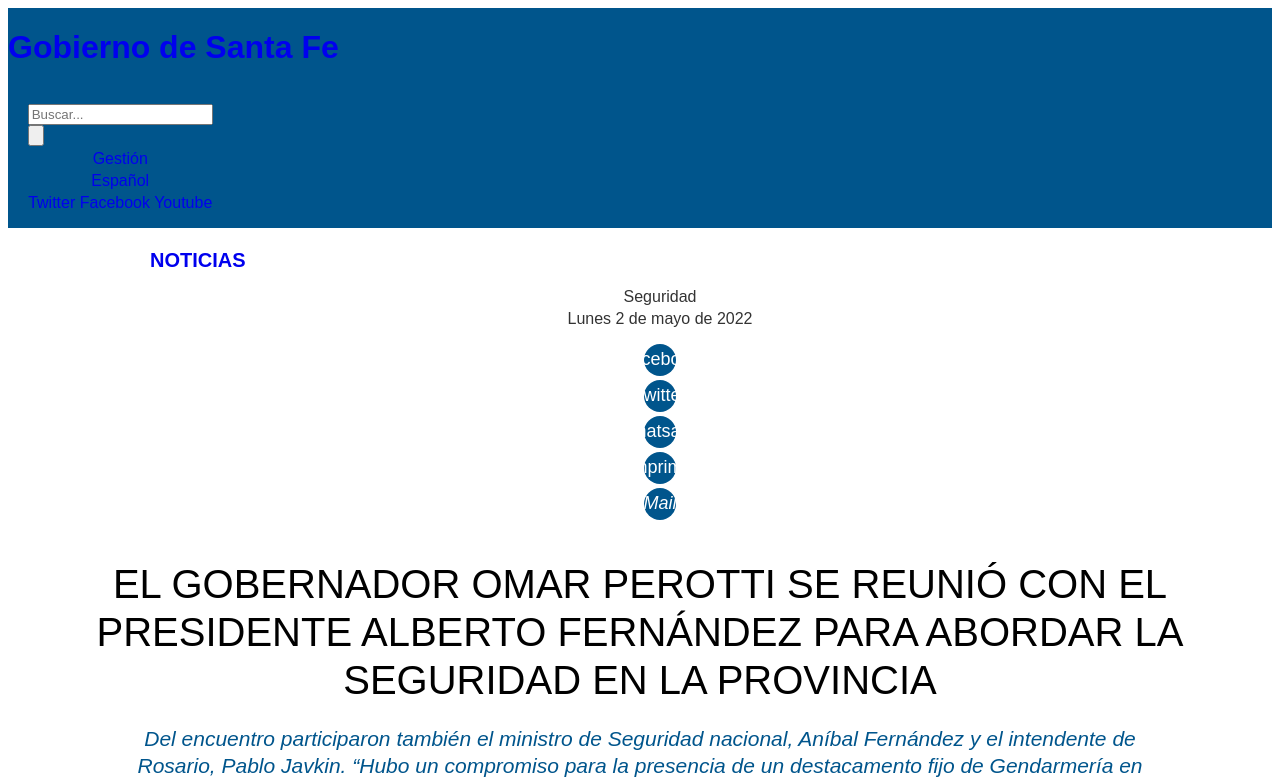
Repository: Larrowo/LPPA
Page: Clase 4/index.html
The author's editor kept a copy of each file at every save. The page is drawn from the files as they stood at one save, then again after the next save.
The browser window is 1280 px wide. The pictures show the part of the page from y = 0 to 784 px (the page is 2899 px tall before and 2875 px after).
A picture or video elsewhere on the page could not be fetched, so the positions and the page height are approximate.

Above is the page before, as saved 2022-05-03 13:33:18.

### Clase 4/index.html
<!DOCTYPE html>
<html lang="en">
<head>
    <meta charset="UTF-8">
    <meta http-equiv="X-UA-Compatible" content="IE=edge">
    <meta name="viewport" content="width=device-width, initial-scale=1.0">
    <title>Document</title>
    <link rel="stylesheet" href="/style.css">
</head>
<body>
    <script>
        function alerta(){
            alert("No sirve este botón :(");
        }
    </script>
    <header id="site-header" class="">
        <div class="container">
            <h1 class="logo logo--sf-header"><a href="https://www.santafe.gob.ar/">Gobierno de Santa Fe</a></h1>
            <a href="#" class="btn-hamburger"><span></span></a>
            <nav class="nav-header">
                <ul class="menu-header">
                     <li class="search-header">
                        <a href="#" class="open-search"><i class="icon-search"></i></a>
                        <form action="/searchgoogle" class="search-form">
                              <input id="q" type="text" placeholder="Buscar..." class="input-search" name="q">
                              <input type="submit" class="submit-search" value="">
                        </form>
                    </li>
                    <!--/search-header-->
                    <li class="gestion dropdown">
                        <a href="#" class="btn-dropdown"><i class="icon-menu"></i><span>Gestión</span></a>
                        <div class="dropdown-menu">
                            <ul>
                                                    <li><a href="http://www.santafe.gob.ar/index.php/web/content/view/full/93661" target="_blank">La provincia</a></li>
                                                    <li><a href="http://www.santafe.gob.ar/index.php/web/content/view/full/93670" target="_blank">Organización del Estado</a></li>
                                                    <li><a href="http://www.santafe.gob.ar/index.php/web/content/view/full/93695" target="_blank">Personal del Estado</a></li>
                                                    <li><a href="http://www.santafe.gob.ar/index.php/web/content/view/full/121711" target="_blank">Educación</a></li>
                                                    <li><a href="http://www.santafe.gob.ar/index.php/web/content/view/full/93702" target="_blank">Cultura</a></li>
                                                    <li><a href="http://www.santafe.gob.ar/index.php/web/content/view/full/93747" target="_blank">Desarrollo Social</a></li>
                                                    <li><a href="http://www.santafe.gob.ar/index.php/web/content/view/full/93760" target="_blank">Trabajo</a></li>
                                                    <li><a href="http://www.santafe.gob.ar/index.php/web/content/view/full/93779" target="_blank">Economía</a></li>
                                                    <li><a href="http://www.santafe.gob.ar/index.php/web/content/view/full/93790" target="_blank">Producción, Ciencia y Tecnología</a></li>
                                                    <li><a href="http://www.santafe.gob.ar/index.php/web/content/view/full/93796" target="_blank">Salud</a></li>
                                                    <li><a href="http://www.santafe.gob.ar/index.php/web/content/view/full/93805" target="_blank">Gobierno, Justicia y Derechos Humanos</a></li>
                                                    <li><a href="http://www.santafe.gob.ar/index.php/web/content/view/full/93815" target="_blank">Seguridad</a></li>
                                                    <li><a href="http://www.santafe.gob.ar/index.php/web/content/view/full/93822" target="_blank">Infraestructura, Servicios Públicos y Hábitat</a></li>
                                                    <li><a href="http://www.santafe.gob.ar/index.php/web/content/view/full/102676" target="_blank">Ambiente y Cambio Climático</a></li>
                                                    <li><a href="http://www.santafe.gob.ar/index.php/web/content/view/full/102282" target="_blank">Impuestos</a></li>
                                                    <li><a href="http://www.santafe.gob.ar/index.php/web/content/view/full/102677" target="_blank">Jubilaciones y Pensiones</a></li>
                                                    <li><a href="http://www.santafe.gob.ar/index.php/web/content/view/full/234992" target="_blank">Pensiones Ley 5110</a></li>
                                                    <li><a href="http://www.santafe.gob.ar/index.php/web/content/view/full/211141" target="_blank">Gestión Pública</a></li>
                                                    <li><a href="http://www.santafe.gob.ar/index.php/web/content/view/full/235832" target="_blank">Igualdad, Género y Diversidad</a></li>
                                                    <li><a href="http://www.santafe.gob.ar/index.php/web/content/view/full/243158" target="_blank">Catastro</a></li>

                            </ul>
                        </div>
                    </li>
                    <!--/gestion-->

                    <li class="idioma dropdown">
                        <a href="#" class="btn-dropdown">Español</a>
                        <div class="dropdown-menu">
                        <ul>
                            <li><a href="/noticias/">Español</a></li>
                            <li><a href="/noticias/pt/">Portugues</a></li>
                            <li><a href="/noticias/en/">English</a></li>
                        </ul>
                        </div>
                    </li>
                    <!--/idioma-->

                    <li class="social-header">
                        <a href="http://www.twitter.com/GobSantaFe" target="_blank"><i class="icon-tw"></i>Twitter</a>
                        <a href="http://www.facebook.com/GobSantaFe" target="_blank"><i class="icon-fb"></i>Facebook</a>
                        <a href="http://www.youtube.com/GobSantaFe" target="_blank"><i class="icon-yt"></i>Youtube</a>
                    </li>
                    <!--/social-header-->
                </ul>
                <!--/menu-header-->
            </nav>
            <!--/nav-header-->
        </div>
        <!--/container-->
    </header>
    <div id="top-post" class="top-post-divider">
        <div class="container">
            <h2 class="title-page"><a href="https://www.santafe.gov.ar/noticias/">Noticias</a></h2>
            <ul class="article-data">
                <li><span class="article-categorie">Seguridad</span></li>
                <li><span class="article-time">Lunes 2 de mayo de 2022</span></li>
            </ul>
            <div class="social-share social-post">
                <ul>
                        <li>
                            <a href="#" onclick="window.open('https://www.facebook.com/sharer.php?u=http%3A%2F%2Fwww.santafe.gob.ar%2Fnoticias%2Fnoticia%2F274554&amp;display=popup&amp;ref=plugin&amp;src=like','facebook_share', 'height=325, width=580, toolbar=no, menubar=no, scrollbars=no, resizable=no, location=no, directories=no, status=no')"><i class="icon-fb-alt"></i>Facebook</a>
                        </li>
                        <li>
                            <a href="https://twitter.com/intent/tweet?original_referer=http%3A%2F%2Fwww.santafe.gob.ar%2Fnoticias%2Fnoticia%2F274554%2F&amp;text=El gobernador Omar Perotti se reunió con el presidente Alberto Fernández para abordar la seguridad en la provincia&amp;via=gobsantafe&amp;url=http%3A%2F%2Fwww.santafe.gob.ar%2Fnoticias%2Fnoticia%2F274554%2F"><i class="icon-tw-alt"></i>Twitter</a>
                        </li>
                        <li>
                            <a href="https://api.whatsapp.com/send?text=Mir%C3%A1%20esta%20noticia%20de%20la%20Provincia%20de%20Santa%20Fe:%20https://www.santafe.gob.ar/noticias/noticia/274554/" target="_blank"><i class="icon-whatsapp"></i>Whatsapp</a>
                        </li>
                        <li>
                            <a href="#" onclick="alerta()"><i class="icon-print"></i>Imprimir</a>
                        </li>
                        <li>
                            <a href="mailto:?subject=El gobernador Omar Perotti se reunió con el presidente Alberto Fernández para abordar la seguridad en la provincia&amp;body=https://www.santafe.gob.ar/noticias/noticia/274554/"><i class="icon-mail">Mail</i></a>
                        </li>
                </ul>
            </div>
        </div>
        <!--/container-->
    </div>
    <section id="header-post">
        <div class="container">
            <div class="box-header">
                <h2 class="title-post">El gobernador Omar Perotti se reunió con el presidente Alberto Fernández para abordar la seguridad en la provincia</h2>
                <p class="headline-post">Del encuentro participaron también el ministro de Seguridad nacional, Aníbal Fernández y el intendente de Rosario, Pablo Javkin. “Hubo un compromiso para la presencia de un destacamento fijo de Gendarmería en Rosario en los próximos 30 días”, afirmó.</p>
            </div>
            <div class="image-post">
                <img src="https://www.santafe.gov.ar/noticias/media/cache/thumb_no_full/recursos/fotos/2022/05/2022-05-02NID_274554O_1.jpeg" alt="">
                <!-- <div class="caption-image">
                    <p>El gobernador Omar Perotti se reunió con el presidente Alberto Fernández para abordar la seguridad en la provincia.</p>
                </div>	 -->
            </div>
            <!--/image-post-->
        </div>
        <!--/container-->
    </section>
    <div id="content-post">

        <div class="container">
            <div class="social-share social-fixed">
                <div class="inner-wrapper-sticky" style="position: relative;">
                    <ul>
                            <li>
                                        <a href="#" onclick="window.open('https://www.facebook.com/sharer.php?u=http%3A%2F%2Fwww.santafe.gob.ar%2Fnoticias%2Fnoticia%2F274554&amp;display=popup&amp;ref=plugin&amp;src=like','facebook_share', 'height=325, width=580, toolbar=no, menubar=no, scrollbars=no, resizable=no, location=no, directories=no, status=no')"><i class="icon-fb-alt"></i>Facebook</a>
                            </li>
                            <li>
                                        <a href="https://twitter.com/intent/tweet?original_referer=http%3A%2F%2Fwww.santafe.gob.ar%2Fnoticias%2Fnoticia%2F274554%2F&amp;text=El gobernador Omar Perotti se reunió con el presidente Alberto Fernández para abordar la seguridad en la provincia&amp;via=gobsantafe&amp;url=http%3A%2F%2Fwww.santafe.gob.ar%2Fnoticias%2Fnoticia%2F274554%2F"><i class="icon-tw-alt"></i>Twitter</a>
                            </li>
                            <li>
                                        <a href="https://api.whatsapp.com/send?text=Mir%C3%A1%20esta%20noticia%20de%20la%20Provincia%20de%20Santa%20Fe:%20https://www.santafe.gob.ar/noticias/noticia/274554/" target="_blank"><i class="icon-whatsapp"></i>Whatsapp</a>
                            </li>
                            <li>
                                        <a href="#" onclick="alerta()"><i class="icon-print"></i>Imprimir</a>
                            </li>
                            <li>
                                        <a href="mailto:?subject=El gobernador Omar Perotti se reunió con el presidente Alberto Fernández para abordar la seguridad en la provincia&amp;body=https://www.santafe.gob.ar/noticias/noticia/274554/"><i class="icon-mail"></i>Mail</a>
                            </li>
                    </ul>
                </div>
            </div>
        </div>
        <!--/container-->

        <div class="entry">
            <p>
                        El gobernador de Santa Fe, Omar Perotti, se reunió este lunes por la tarde con el presidente de la Nación, Alberto Fernández en Casa Rosada, para abordar diversas cuestiones relacionadas a la seguridad en la provincia.</p>

    <p>Tras el encuentro, del que formaron parte también el ministro de Seguridad de la Nación, Aníbal Fernández, y el intendente de Rosario, Pablo Javkin, Perotti afirmó: “La provincia de Santa Fe siente la necesidad de coordinar la presencia de más fuerzas federales en territorio, una acción de la justicia federal más sólida y tener acompañamiento en terrenos de trabajo que el gobierno nacional tiene para aportar en el mejoramiento de muchos de los sectores y barrios donde están las zonas más difíciles del delito”.</p>

    <p>“Estos temas no son nuevos – agregó el gobernador-&nbsp; porque el presidente ha marcado un compromiso para afrontar la situación, definiendo que la Argentina no puede permitir que estos hechos de violencia pasen en su territorio. Y esa definición nos parece central”.</p>

    <p>Asimismo, Perotti aseguró que “no tenemos como provincia la magnitud para enfrentar lo que está ocurriendo en nuestro territorio y necesitamos que todos los argentinos comprendan esa prioridad de presencia en la ciudad de Rosario y Santa Fe”. Y al respecto sumó que “ha habido el compromiso de la presencia de un destacamento fijo de Gendarmería en la ciudad de Rosario que será puesto en marcha en los próximos 30 días con un comandante a cargo de todas las operaciones en el territorio y con los primeros 300 gendarmes para integrar ese equipo”.</p>

    <p>Respecto a ello, el mandatario santafesino consideró “clave para trabajar de la mejor manera con las fuerzas provinciales y en coordinación con el Municipio en la mesa territorial de seguridad desplegada desde el inicio de la gestión”.</p>

    <p><strong>TRABAJO ENTRE NACIÓN, PROVINCIA Y MUNICIPIOS SIN GRIETAS </strong></p>

    <p>Más adelante, el gobernador santafesino aseguró que “son muchos años, mucha acumulación de tiempo y de situaciones que entendemos y queremos abordar de manera diferente”. Y en el mismo sentido, reconoció que “las distintas fuerzas políticas, entidades de la producción, del trabajo, las organizaciones sociales, las parroquias, los pastores, las iglesias, todos están con una preocupación y con un deseo de trabajar de forma conjunta para bajar los niveles de violencia, y en eso, la decisión de que estemos acá, los dos juntos, no es una instancia excepcional, todo lo contrario, así trabajamos en la provincia de Santa Fe, junto a cada intendente, y donde queremos que cada uno de los municipios tenga una creciente participación en la política de seguridad ciudadana”.</p>

    <p>“El trabajo entre Nación, Provincia y Municipios no tiene que tener grietas – aseguró Perotti. Los tiempos y los compromisos a cumplir serán claves con la llegada de un comandante para ayudar a coordinar las fuerzas federales y hacer mucho más operativos y procedimientos. Pero necesitamos trasladarle al resto de la ciudadanía la necesidad de que hay un acompañamiento permanente, que no es aislado, que no es esporádico, que ese destacamento de la Gendarmería es algo efectivo que pueden verlo todos, que está radicado y que está en marcha”.</p>

    <p><strong>REFORZAR LA JUSTICIA FEDERAL</strong></p>

    <p>Asimismo, Perotti manifestó que “el presidente asumió el compromiso de tomar un proyecto común de refuerzo y creación de juzgados y fiscalías de la Justicia Federal para Santa Fe. Existe un proyecto común que diputados de la provincia están trabajando y está el compromiso del presidente para que ese proyecto pueda ser enviado a la Cámara para su tratamiento, siendo específico para reforzar la Justicia Federal en nuestra provincia”.</p>

    <p>“Es una necesidad de todo Santa Fe pero también de todos los argentinos porque no queremos que lo que pasa en nuestra provincia se expanda a otras provincias”, subrayó el gobernador y sumó que “la Nación entiende la prioridad reforzar la Justicia por lo que está viviendo en la coyuntura y no quiere que se expanda al resto del país; y en esto se necesita de todas las fuerzas políticas para acompañar esa nueva realidad de una Justicia Federal con mucha más presencia”.</p>

    <p><strong>PASO FUNDAMENTAL</strong></p>

    <p>Por su parte, Javkin manifestó que además abordaron “la situación carcelaria. Gran parte de los hechos, más del 90%, tiene que ver con una organización desde personas que están cumpliendo condenas, lo que resulta una situación que claramente merece una respuesta”.</p>

    <p>Además, refirió que trataron “acelerar los procesos de urbanización porque cambiar el tejido de las ciudades hace a la seguridad ciudadana pero fundamentalmente tener una autoridad con quien coordinar donde y como se despliegan esas fuerzas federales que hoy tenemos en territorio. Creo que la necesidad de un comando unificado qué se resolvería dentro de esta semana es un paso fundamental y es lo que hemos planteado también en concreto hoy”.</p>

    <p>Por último, señaló: “Siempre en estas situaciones hay más expectativas por los resultados efectivos, pero hubo puntos muy directos: la designación de un comandante; el establecimiento en este nuevo plazo del destacamento; la ley que podría generar designaciones de juzgados federales; la situación del sistema carcelario de presos federales en la provincia y los procesos de urbanización de barrios, fueron los cinco puntos estratégicos”, concluyó.</p>

    <p></p>

    <p></p>

        </div>
        <!--entry-->

    </div>
</body>
</html>

### Clase 4/style.css
body {
  background-color: #fff;
  font-family: "Poppins", sans-serif;
  color: #333;
}

ul {
  display: flex;
  align-items: center;
  justify-content: center;
  list-style: none;
  flex-direction: column;
  gap: 0.25rem;
}

a {
  text-decoration: none;
}

li {
  text-decoration: none;
}

strong {
  margin: 0;
  padding: 0;
  border: 0;
  outline: 0;
  font-size: 100%;
  vertical-align: baseline;
  background: transparent;
}

p,
h2 {
  display: block;
  margin-block-start: 1em;
  margin-block-end: 1em;
  margin-inline-start: 0px;
  margin-inline-end: 0px;
}

h2 {
  font-size: 20px;
  text-transform: uppercase;
  font-weight: 700;
  margin-bottom: 10px;
  line-height: 120%;
  color: #000;
}

#top-post.top-post-divider .container {
  position: relative;
  max-width: 980px;
  margin-left: auto;
  margin-right: auto;
}



/* #top-post .container {
  padding-top: 30px;
  padding-bottom: 30px;
  display: flex;
  -webkit-box-align: center;
  -ms-flex-align: center;
  align-items: center;
} */

#site-header {
  background-color: #d85e5e;
  display: flex;
  align-items: baseline;
  gap: 1rem;
  font-family: "Poppins", sans-serif;
  background-color: #00558c;
}

#site-header .nav-header {
  width: calc(100% - 126px);
  z-index: 2;
  -webkit-box-shadow: none;
  box-shadow: none;
  height: auto;
  background: transparent;
  position: static;
  display: -webkit-box;
  display: -ms-flexbox;
  display: flex;
  -webkit-box-pack: end;
  -ms-flex-pack: end;
  justify-content: flex-end;
}

#header-post {
  font-family: "Poppins", sans-serif;
  font-size: 40px;
  text-align: center;
  padding-bottom: 50px;
}

#header-post .title-post {
  font-size: 40px;
  margin-bottom: 20px;
  text-align: center;
  font-weight: 300;
  text-transform: uppercase;
  line-height: 120%;
  color: #000;
}

#header-post .headline-post {
  font-size: 21px;
  line-height: 130%;
  padding: 0 100px;
  color: #00558c;
  font-weight: 300;
  font-style: italic;
}

#content-post {
  display: flex;
  justify-content: center;
}

.entry {
  text-align: left;
}

.entry p {
  color: #333333;
  width: 100%;
  max-width: 980px;
  margin: 0 auto 20px auto;
  font-weight: 300;
  font-size: 18px;
  line-height: 150%;
  padding: 0 100px;
  font-family: "Poppins", sans-serif;
}

.social-share ul li a {
  pointer-events: all;
  display: flex;
  -webkit-box-align: center;
  -ms-flex-align: center;
  align-items: center;
  -webkit-box-pack: center;
  -ms-flex-pack: center;
  justify-content: center;
  width: 32px;
  height: 32px;
  border-radius: 50%;
  background-color: #00558c;
  color: #fff;
  font-size: 18px;
  -webkit-transition: all 0.2s ease;
  -o-transition: all 0.2s ease;
  transition: all 0.2s ease;
}

.inner-wrapper-sticky {
  position: sticky;
}

/* Dropdown menu configuracion */

.gestion.dropdown {
  position: relative;
}

.dropdown-menu a {
  color: white;
}

.dropdown-menu {
  position: absolute;
  padding: 0.75rem;
  border-radius: 0.25rem;
  box-shadow: 0 1px 5px rgb(0 0 0 / 20%);
  opacity: 0;
  transform: translateY(-10px);
  transition: opacity 150ms ease-in-out, transform 150ms ease-in-out;
  pointer-events: none;
  background-color: black;
}

.gestion.dropdown > .btn-dropdown:focus + .dropdown-menu {
  opacity: 1;
  transform: translateY(0);
  pointer-events: auto;
}

.idioma.dropdown > .btn-dropdown:focus + .dropdown-menu {
  opacity: 1;
  transform: translateY(0);
  pointer-events: auto;
}

After the next save:
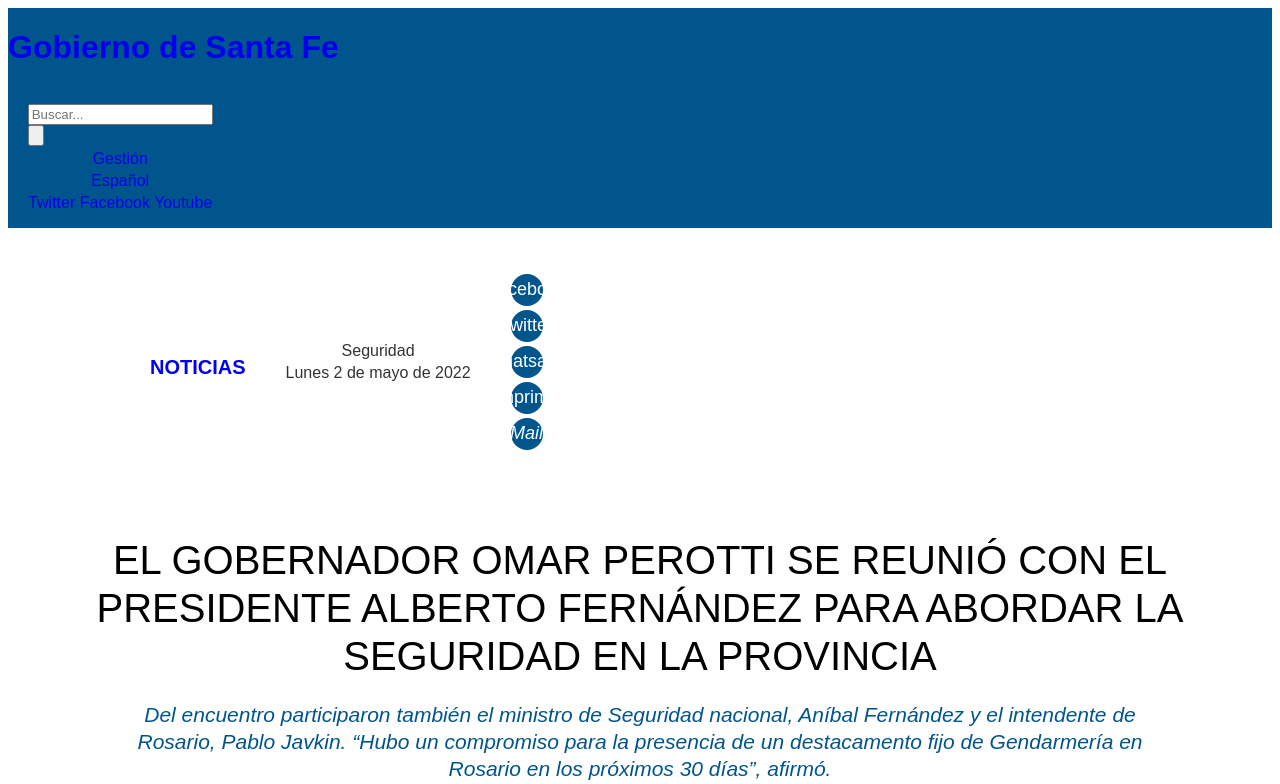
Saved 25 min 4 s later.
--- a/Clase 4/style.css
+++ b/Clase 4/style.css
@@ -58,14 +58,14 @@
 
 
 
-/* #top-post .container {
+#top-post .container {
   padding-top: 30px;
   padding-bottom: 30px;
   display: flex;
   -webkit-box-align: center;
   -ms-flex-align: center;
   align-items: center;
-} */
+}
 
 #site-header {
   background-color: #d85e5e;

After the save that followed:
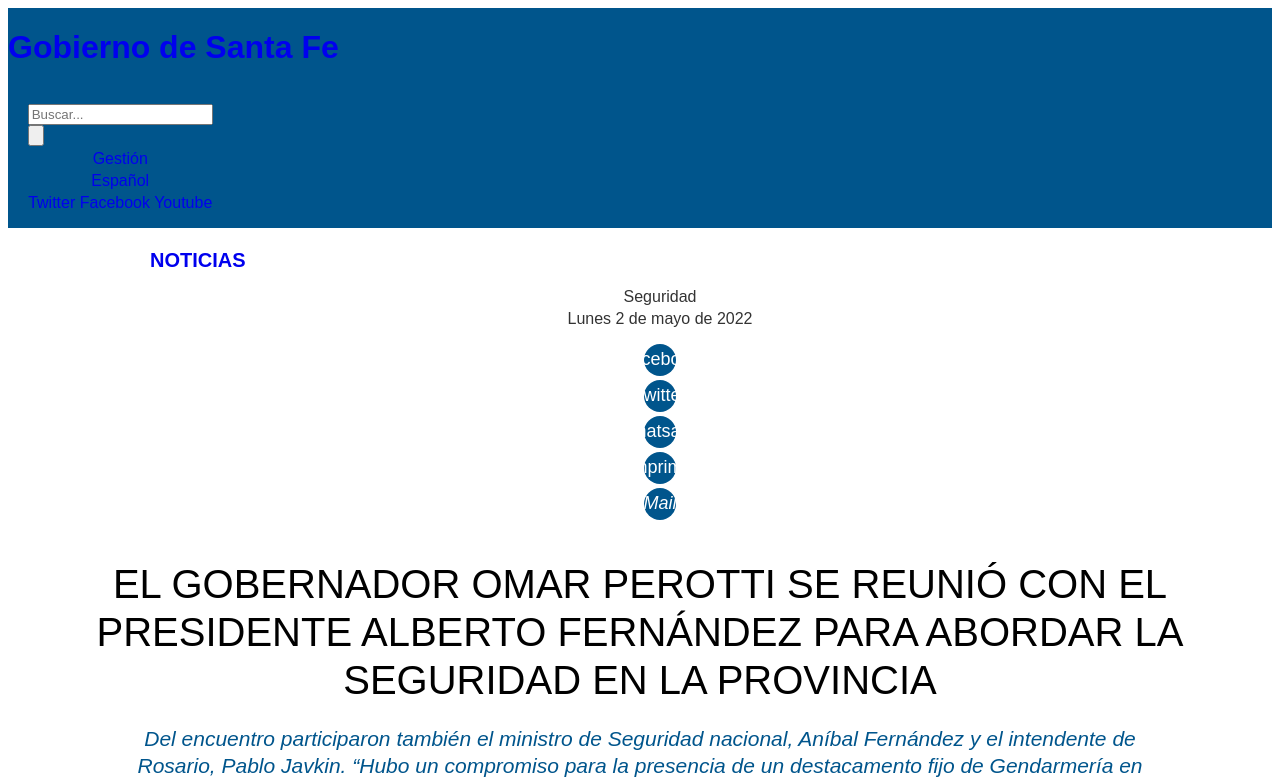
Saved 5 s later.
--- a/Clase 4/style.css
+++ b/Clase 4/style.css
@@ -58,14 +58,14 @@
 
 
 
-#top-post .container {
+/* #top-post .container {
   padding-top: 30px;
   padding-bottom: 30px;
   display: flex;
   -webkit-box-align: center;
   -ms-flex-align: center;
   align-items: center;
-}
+} */
 
 #site-header {
   background-color: #d85e5e;
